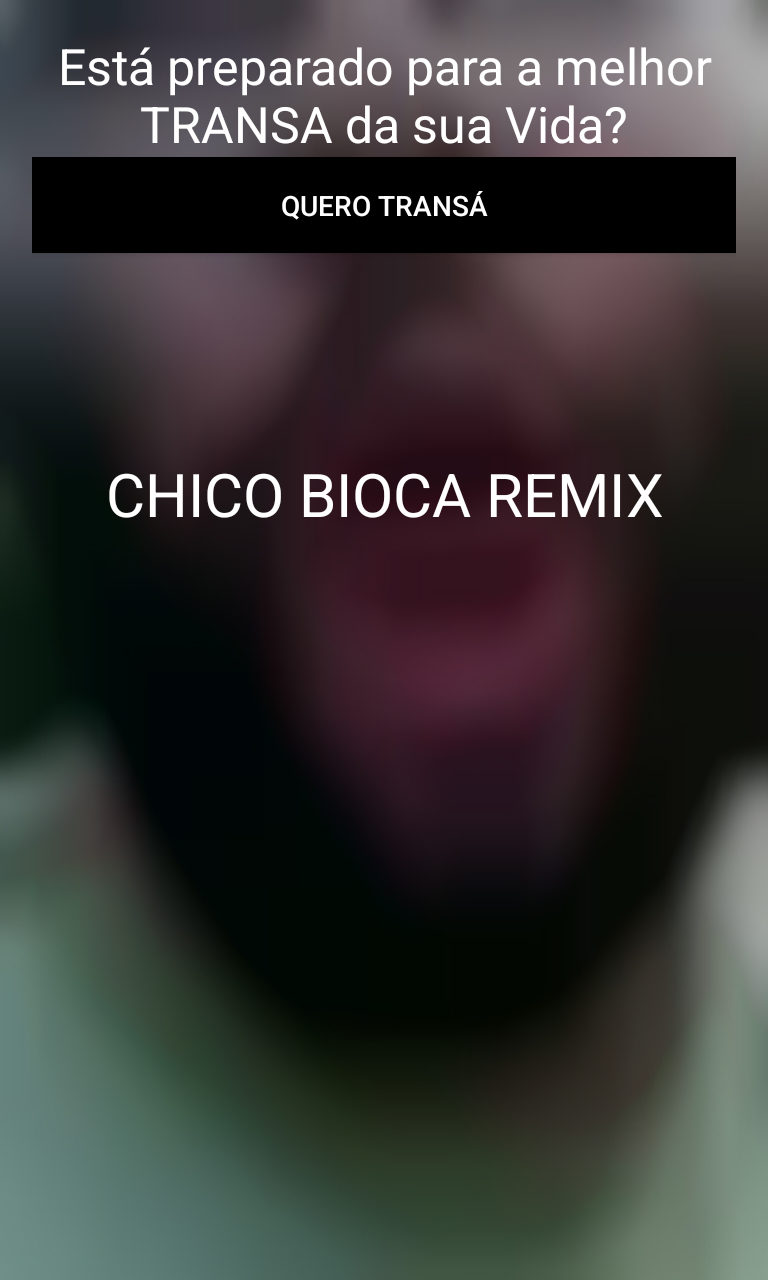
Repository: Cookahn/bioca_sounds
Layout: ChicoBiocaApp/res/layout/activity_main.xml
An editor plug-in stored every save of this project. The layout is shown before and after a run of saves, followed by the edit.
It is drawn on a 768 x 1280 px phone screen (xhdpi) without system bars, with theme AppTheme; the app's code is not run.

Above is the layout before, as saved 2014-08-12 13:00:13.

### ChicoBiocaApp/res/layout/activity_main.xml
<LinearLayout xmlns:android="http://schemas.android.com/apk/res/android"
    xmlns:tools="http://schemas.android.com/tools"
    android:layout_width="match_parent"
    android:layout_height="match_parent"
    android:background="@drawable/backgroundtofuck"
    android:orientation="vertical"
    android:paddingBottom="@dimen/activity_vertical_margin"
    android:paddingLeft="@dimen/activity_horizontal_margin"
    android:paddingRight="@dimen/activity_horizontal_margin"
    android:paddingTop="@dimen/activity_vertical_margin"
    tools:context="com.example.chicobiocaapp.MainActivity$PlaceholderFragment" >

    <TextView
        android:layout_width="wrap_content"
        android:layout_height="wrap_content"
        android:gravity="center_horizontal"
        android:text="@string/are_you_ready"
        android:textColor="#fff"
        android:textSize="25sp" />

    <LinearLayout
        android:layout_width="match_parent"
        android:layout_height="wrap_content"
        android:gravity="center_vertical"
        android:orientation="vertical" >

        <Button
            android:id="@+id/i_want_to_fuck"
            android:layout_width="match_parent"
            android:layout_height="wrap_content"
            android:layout_gravity="center"
            android:layout_marginBottom="100dp"
            android:background="#000"
            android:text="@string/i_want_to_fuck"
            android:textColor="#fff" />
    </LinearLayout>

    <LinearLayout
        android:layout_width="match_parent"
        android:layout_height="wrap_content"
        android:gravity="center_vertical"
        android:orientation="vertical" >

        <TextView
            android:layout_width="match_parent"
            android:layout_height="wrap_content"
            android:gravity="center_horizontal"
            android:text="@string/app_name"
            android:textAllCaps="true"
            android:textColor="#fff"
            android:textSize="30sp" />
    </LinearLayout>

</LinearLayout>

### ChicoBiocaApp/res/values/strings.xml
<?xml version="1.0" encoding="utf-8"?>
<resources>

    <string name="app_name">Chico Bioca Remix</string>
    <string name="are_you_ready">Está preparado para a melhor TRANSA da sua Vida?</string>
    <string name="action_settings">Settings</string>
    <string name="i_want_to_fuck">Quero Transá</string>

</resources>

Loaded but not shown: ChicoBiocaApp/res/values/styles.xml (common file); ChicoBiocaApp/res/values-v11/styles.xml (common file); ChicoBiocaApp/res/values-v14/styles.xml (common file); ChicoBiocaApp/res/values/dimens.xml (common file); ChicoBiocaApp/res/values-w820dp/dimens.xml (common file)

After the next 2 saves:
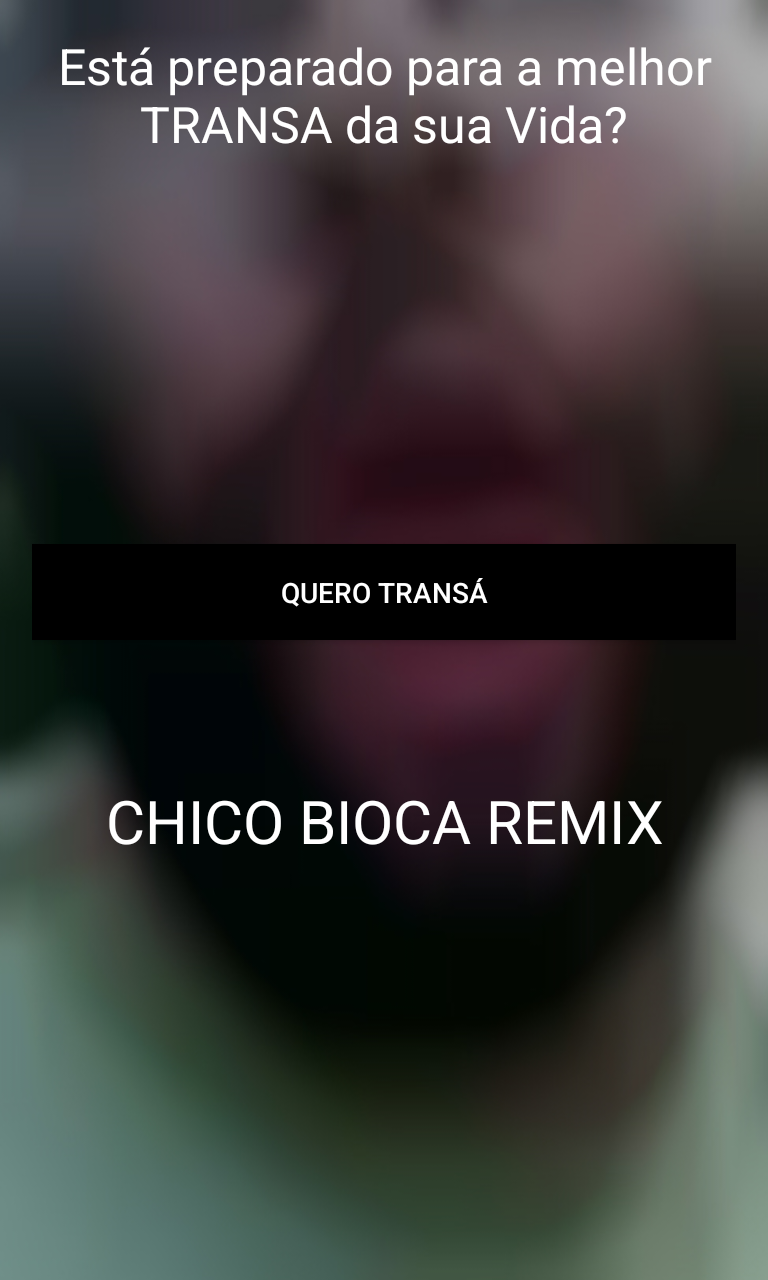
The 2 saves are shown as one change because they came seconds apart.
The last was saved 3 min 58 s later.
--- a/ChicoBiocaApp/res/layout/activity_main.xml
+++ b/ChicoBiocaApp/res/layout/activity_main.xml
@@ -20,7 +20,7 @@
 
     <LinearLayout
         android:layout_width="match_parent"
-        android:layout_height="wrap_content"
+        android:layout_height="match_parent"
         android:gravity="center_vertical"
         android:orientation="vertical" >
 
@@ -29,26 +29,26 @@
             android:layout_width="match_parent"
             android:layout_height="wrap_content"
             android:layout_gravity="center"
-            android:layout_marginBottom="100dp"
+            android:layout_marginBottom="70dp"
             android:background="#000"
             android:text="@string/i_want_to_fuck"
             android:textColor="#fff" />
-    </LinearLayout>
 
-    <LinearLayout
-        android:layout_width="match_parent"
-        android:layout_height="wrap_content"
-        android:gravity="center_vertical"
-        android:orientation="vertical" >
-
-        <TextView
+        <LinearLayout
             android:layout_width="match_parent"
             android:layout_height="wrap_content"
-            android:gravity="center_horizontal"
-            android:text="@string/app_name"
-            android:textAllCaps="true"
-            android:textColor="#fff"
-            android:textSize="30sp" />
+            android:gravity="center_vertical"
+            android:orientation="vertical" >
+
+            <TextView
+                android:layout_width="match_parent"
+                android:layout_height="wrap_content"
+                android:gravity="center_horizontal"
+                android:text="@string/app_name"
+                android:textAllCaps="true"
+                android:textColor="#fff"
+                android:textSize="30sp" />
+        </LinearLayout>
     </LinearLayout>
 
 </LinearLayout>
